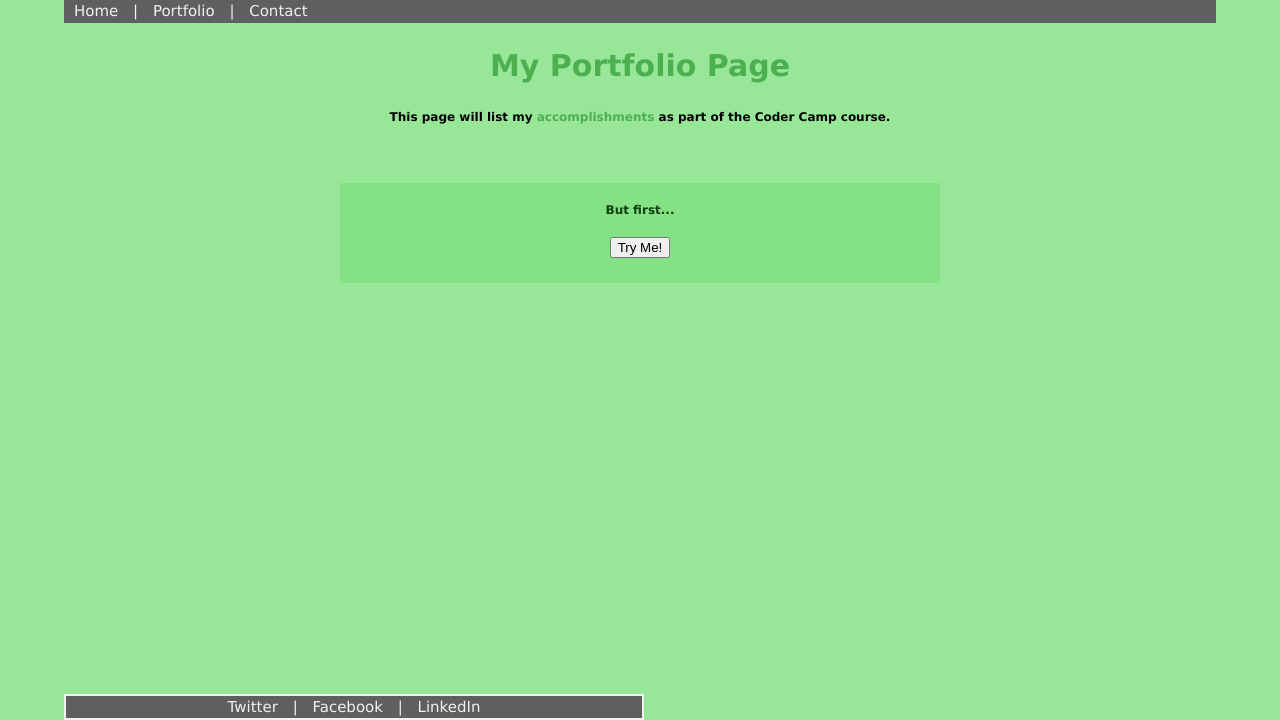
Repository: ischicagoisnotchicago/is-chicago
Page: http://localhost/CC_Personal_Website/portfolio.html
These files come from the project's save history. The page is drawn as it stood at one moment and after the next save; the edit follows.
The browser window is 1280 px wide. The pictures show the whole page.
The page is served by Tomcat 9.

Above is the page before, as saved 2017-05-25 22:51:46.

After the next save:
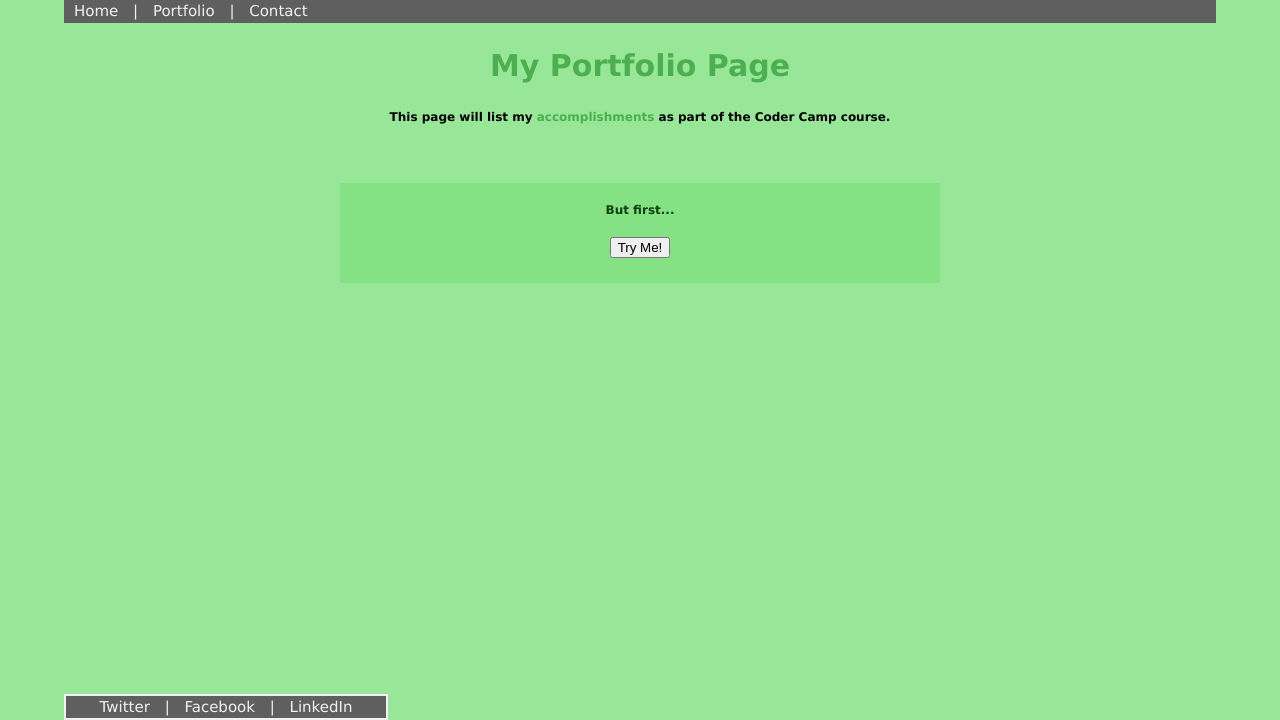
Saved 67 s later.
--- a/CC Personal Website/WebContent/style.css
+++ b/CC Personal Website/WebContent/style.css
@@ -225,7 +225,7 @@ dd {
 footer {
   position: fixed;
   bottom: 0;
-  width: 45%;
+  width: 25%;
   color: #f1f1f1;
   background-color: #5f5f5f;
   border: 2px solid #f1f1f1;
